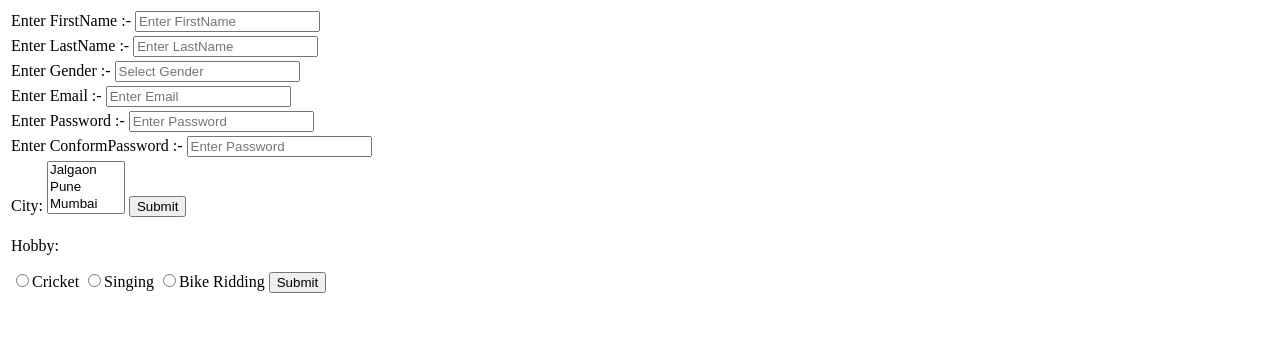
Repository: shzkhar/ISM_ADV_JAVA_23
Page: http://localhost/JSPRegiDemo/Regi.jsp
The author's editor kept a copy of each file at every save. The page is drawn from the files as they stood at one save, then again after the next save.
The browser window is 1280 px wide. The pictures show the whole page.
The page is served by Tomcat 9. Other server files are loaded and not shown.

Above is the page before, as saved 2023-04-01 10:19:19.

### JSPRegiDemo/src/main/webapp/Regi.jsp
<%@ page language="java" contentType="text/html; charset=ISO-8859-1"
    pageEncoding="ISO-8859-1"%>
<!DOCTYPE html>
<html>
<head>
<meta charset="ISO-8859-1">
<title>Insert title here</title>
</head>
<body>
    <form action="Registration" method="post">
        <table>
        <tr>
           <td> Enter FirstName :- <input text="type" name="firstname" placeholder="Enter FirstName"/><td></tr>
          <tr> <td> Enter LastName :- <input text="type" name="lastname" placeholder="Enter LastName"/><td></tr>
            <tr> <td> Enter Gender :- <input text="type" name="gender" placeholder="Select Gender"/> </tr> </td>
            <tr> <td> Enter Email :- <input text="type" name="email" placeholder="Enter Email"/></tr> </td>
            <tr> <td> Enter Password :- <input text="password" name="pass" placeholder="Enter Password"/></tr> </td>
            <tr> <td> Enter ConformPassword :- <input text="password" name="cnfpass" placeholder="Enter Password"/></tr> </td>
            <tr> <td> <label for="City">City:</label>
    <select id="city" name="city" size="3">
    <option value="Jalgaon">Jalgaon</option>
    <option value="Pune">Pune</option>
    <option value="Mumbai">Mumbai</option>
    <option value="Ahmedabad">Ahmedabad</option>
  </select>
  <input type="submit"></tr> </td>

           <tr><td> <p>Hobby:</p>
  <input type="radio" id="hobbi1" name="Hobbi" value="Cricket">Cricket

  <input type="radio" id="hobbi2" name="Hobbi" value="60">Singing

  <input type="radio" id="hobbi3" name="Hobbi" value="100">Bike Ridding

  <input type="submit" value="Submit"></tr> </td>

        <tr>
        </table>
    </form>
</body>
</html>

After the next save:
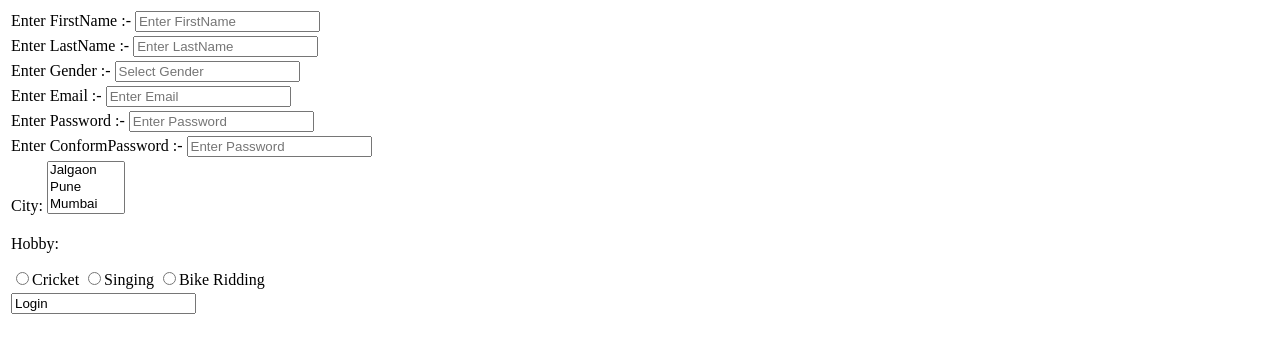
Saved 2 min 40 s later.
--- a/JSPRegiDemo/src/main/webapp/Regi.jsp
+++ b/JSPRegiDemo/src/main/webapp/Regi.jsp
@@ -23,7 +23,7 @@
     <option value="Mumbai">Mumbai</option>
     <option value="Ahmedabad">Ahmedabad</option>
   </select>
-  <input type="submit"></tr> </td>
+ </tr> </td>
 
            <tr><td> <p>Hobby:</p>
   <input type="radio" id="hobbi1" name="Hobbi" value="Cricket">Cricket
@@ -32,9 +32,9 @@
 
   <input type="radio" id="hobbi3" name="Hobbi" value="100">Bike Ridding
 
-  <input type="submit" value="Submit"></tr> </td>
+ </tr> </td>
 
-        <tr>
+        <tr><td>  <input text="submmit" value="Login"/><td></tr>
         </table>
     </form>
 </body>
